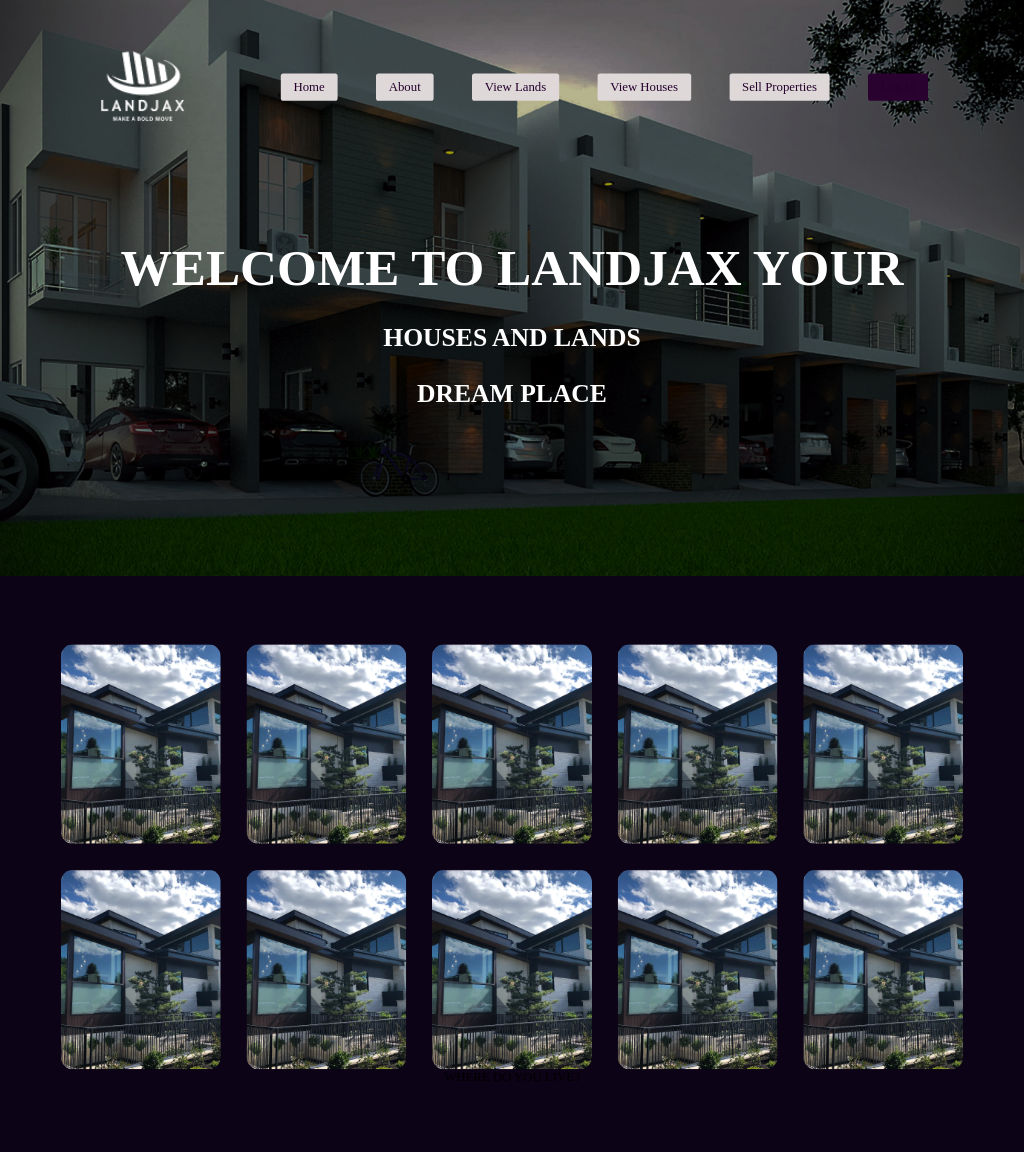
Repository: NorVirae/landjax-frontend
Page: /
These files come from the project's save history. The page is drawn as it stood at one moment and after a run of saves; the edit follows.
The browser window is 1280 px wide. The pictures show the whole page, at 80% of full size.
The project was rebuilt for these pictures with package versions that can differ from the ones it lists, and the page was loaded fresh each time. The framework's server and built-in components were replaced by stand-ins that run in the browser. Also part of the build but not shown: next.config.js.

Above is the page before, as saved 2022-07-02 16:07:45.

### pages/_app.tsx
import '../src/styles/Landing.css'
import '../src/styles/Global.css'


import type { AppProps } from 'next/app'

function MyApp({ Component, pageProps }: AppProps) {
  return <Component {...pageProps} />
}

export default MyApp

### pages/index.tsx
import type { NextPage } from 'next'
import Head from 'next/head'
import Image from 'next/image'
import Navbar from '../src/components/Navbar'
import HouseImg from '../src/assets/24.png'

const Home = () => {
  return (
    <div>
      <Head>
        <title>Land Jax</title>
        <meta name="description" content="Generated by create next app" />
        <link rel="icon" href="/favicon.ico" />
      </Head>


      <main>
        <section className='carousel__container'>
          <Navbar />

          <div className='carousel__welcome-screen'>
            <h2 className='carousel__welcome-text'>WELCOME TO LANDJAX YOUR</h2>
            <h3 className='carousel__house-lands'>HOUSES AND LANDS</h3>
            <h4 className='carousel__dream-place'>DREAM PLACE</h4>

          </div>

        </section>

        <section className='house__preview'>

          <div className='house__preview-inner'>
            <Image src={HouseImg} height={"250rem"} objectFit={"cover"} width="200rem" className='house__image-preview'/>
            <Image src={HouseImg} height={"250rem"} objectFit={"cover"} width="200rem" className='house__image-preview'/>
            <Image src={HouseImg} height={"250rem"} objectFit={"cover"} width="200rem" className='house__image-preview'/>
            <Image src={HouseImg} height={"250rem"} objectFit={"cover"} width="200rem" className='house__image-preview'/>
            <Image src={HouseImg} height={"250rem"} objectFit={"cover"} width="200rem" className='house__image-preview'/>
            <Image src={HouseImg} height={"250rem"} objectFit={"cover"} width="200rem" className='house__image-preview'/>
            <Image src={HouseImg} height={"250rem"} objectFit={"cover"} width="200rem" className='house__image-preview'/>
            <Image src={HouseImg} height={"250rem"} objectFit={"cover"} width="200rem" className='house__image-preview'/>
            <Image src={HouseImg} height={"250rem"} objectFit={"cover"} width="200rem" className='house__image-preview'/>
            <Image src={HouseImg} height={"250rem"} objectFit={"cover"} width="200rem" className='house__image-preview'/>

          </div>

          <section>
            <p> WHERE DO YOU LIVE?</p>
          </section>

        </section>


      </main>

      <footer>

      </footer>
    </div>
  )
}

export default Home

### src/styles/Landing.css
.carousel__container{
    background-repeat: no-repeat;
    background-image: url('../assets/1.png');
    background-size: cover;
    height: 100vh;
    width: 100vw;
}
.navbar{
    display: flex;
    justify-content: space-around;
    padding: 4rem;
    align-items: center;
}


.navbar .nav {
    display: flex;
    text-decoration: none;
    list-style: none;
    gap: 3rem;
}

.navbar .nav a{

}

.navbar__nav-link{
    /* padding: 3rem 2rem; */
    color: #25012C;
}

.navbar__nav-item{
    background-color: #DED8D9;
    color: #25012C;
    padding: .5rem 1rem;
    border-radius: .2rem;

}

.sign-in{
    background-color: #290230;
    color: #DFDDDF!important;

}

.carousel__welcome-screen{
    padding: 5rem 3rem;
    color: white;
    display: flex;
    justify-content: center;
    align-items: center;
    flex-direction: column;
    gap: 2rem;
}


.carousel__welcome-text{
    font-size: 4rem;
}
.carousel__house-lands{
    font-size: 2rem;
}
.carousel__dream-place{
    font-size: 2rem;
}


.house__preview{
    height: 100vh;
    width: 100vw;
    display: flex;
    justify-content: center;
    align-items: center;
    display: flex;
    flex-direction: column;
    background-color: #0D0316;
    position: relative;

}

.house__preview-inner{
    display: grid;
    gap: 2rem;
    grid-template-columns: repeat(5, 1fr);

}

.house__preview-overlay{
    background-color: #0000007e;
    height: 100vh;
    width: 100vw;
    position: absolute;
    left: 0%;
    top: 0%;
    z-index: 2;
}

.house__image-preview{
    border-radius: 1rem;
}

.house__intro {
    display: flex;
    justify-content: center;
    align-items: center;
    flex-direction: column;
    gap: 2rem;
    position: absolute;
    color: white;
    z-index: 3;
}

.house__live{
    font-size: 3rem;
}

.house__asset{
    font-size: 1.2rem;
}

.house__land-annouce{
    font-weight: 900;
    font-size: 1.3rem;
}

.house__form-group{
    background-color: white;
    border: 1rem;
    padding: 1.5rem;
    border-radius: 3rem;
    display: flex;
    flex-direction: column;
    gap: 1rem;
    width: 100%;
}

.house__form-label{
    color: black;
}

.house__form-control{
    border: none;
}

.house__form-control:focus{
    outline: none;
}

.house__btn-ecom-container{
    display: flex;
    gap: 2rem;
}

.house__btn-buy-prop{
    padding: 1rem 1.5rem;
    border-radius: 1rem;
    color: #470C76;

}

.house__btn-sell-prop{
    padding: 1rem 1.5rem;
    border-radius: 1rem;
    color: #E1E2E2;
    background-color: transparent;
    border: .1rem solid #E1E2E2;

}

.future__container{
    width: 100vw;
    background-color: #0C0215;
    padding: 2rem 3rem;

    display: flex;
    justify-content: center;
    align-items: center;
    flex-direction: column;
    gap: 2rem;
}

.future__header{
    color: white;
    display: flex;
    align-items: center;
    gap: 3rem;
    padding: 3rem 7rem;
}


.future__prop-text{
    font-size: 3rem;

}
.future__btn-prop{
    font-size: 1.2rem;
    padding: 1rem 3rem;
    background-color: #2B0549;
    color: white;
    border: none;
}
.future__houses-card-container{
    display: grid;
    grid-template-columns: repeat(3, 1fr);
    gap: 2rem;
    margin: auto 3rem;
    max-width: 60rem;
}

.future__house-card{
    display: flex;
    flex-direction: column;
    color: white;
    border-top-left-radius: 2rem;
    border-top-right-radius: 2rem;
    height: 100%;
    background-color: #ffff;
    position: relative;

}

.future__card-img{
    border-top-left-radius: 2rem;
    border-top-right-radius: 2rem;

}

.future__card-body{
    display: flex;
    flex-direction: column;
    color: #000;
    gap: 1rem;
    padding: 2rem;
}

.future__card-title{
    font-weight: 900;
    font-size: 1.5rem;
}

.future__card-price{
    font-size: 1.4rem;
    font-weight: 900;
}

.future__card-desc{
    font-size: 1rem;
}

.future__profile-container{
    display: flex;
    align-items: center;
    gap: 1rem;

}
.future__profile-img{
    border-radius: 100%;
}

.future__btn-sale{
    background-color: #5E4D7C;
    color: #EBE9EF;
    padding: .3rem 1rem;
    border-radius: .3rem;
    position: absolute;
    border: none;
    font-size: .9rem;
    right: 5%;
    top: 5%;
    z-index: 2;
}

.explore__market-container{
    display: flex;
    gap: 4rem;
    justify-content: space-around;
    background-image: url(../assets//16.png);
}

### src/styles/Global.css
* {
    padding: 0;
    margin: 0;
    box-sizing: border-box;
}

a {
    text-decoration: none;
}

### src/components/Navbar.tsx
import Link from "next/link";
import React from "react";
import Image from "next/image";
import Logo from "../assets/logo.png"

const Navbar:React.FC = ({}) => {

    return (
        <nav className="navbar">
            <Link href="#">
                <Image className="navbar_brand" src={Logo} width="120rem" objectFit="contain" height="90rem" />
            </Link>
            <ul className="nav">
                <li className="navbar__nav-item">
                    <Link href={"/"}>
                        <a className={"navbar__nav-link"}>
                            Home
                        </a>
                    </Link>
                </li>

                <li className="navbar__nav-item">
                    <Link href={"/"}>
                        <a className={"navbar__nav-link"}>
                            About
                        </a>
                    </Link>
                </li>

                <li className="navbar__nav-item">
                    <Link href={"/view/lands"}>
                        <a className={"navbar__nav-link"}>
                            View Lands
                        </a>
                    </Link>
                </li>

                <li className="navbar__nav-item">
                    <Link href={"/view/houses"}>
                        <a className={"navbar__nav-link"}>
                            View Houses
                        </a>
                    </Link>
                </li>

                <li className="navbar__nav-item">
                    <Link href={"/sell/properties"}>
                        <a className={"navbar__nav-link"}>
                            Sell Properties
                        </a>
                    </Link>
                </li>

                <li className="navbar__nav-item sign-in">
                    <Link href={"/login"}>
                        <a className={"navbar__nav-link"}>
                            Log In
                        </a>
                    </Link>
                </li>
            </ul>
        </nav>
    )

}

export default Navbar;

After the next 2 saves:
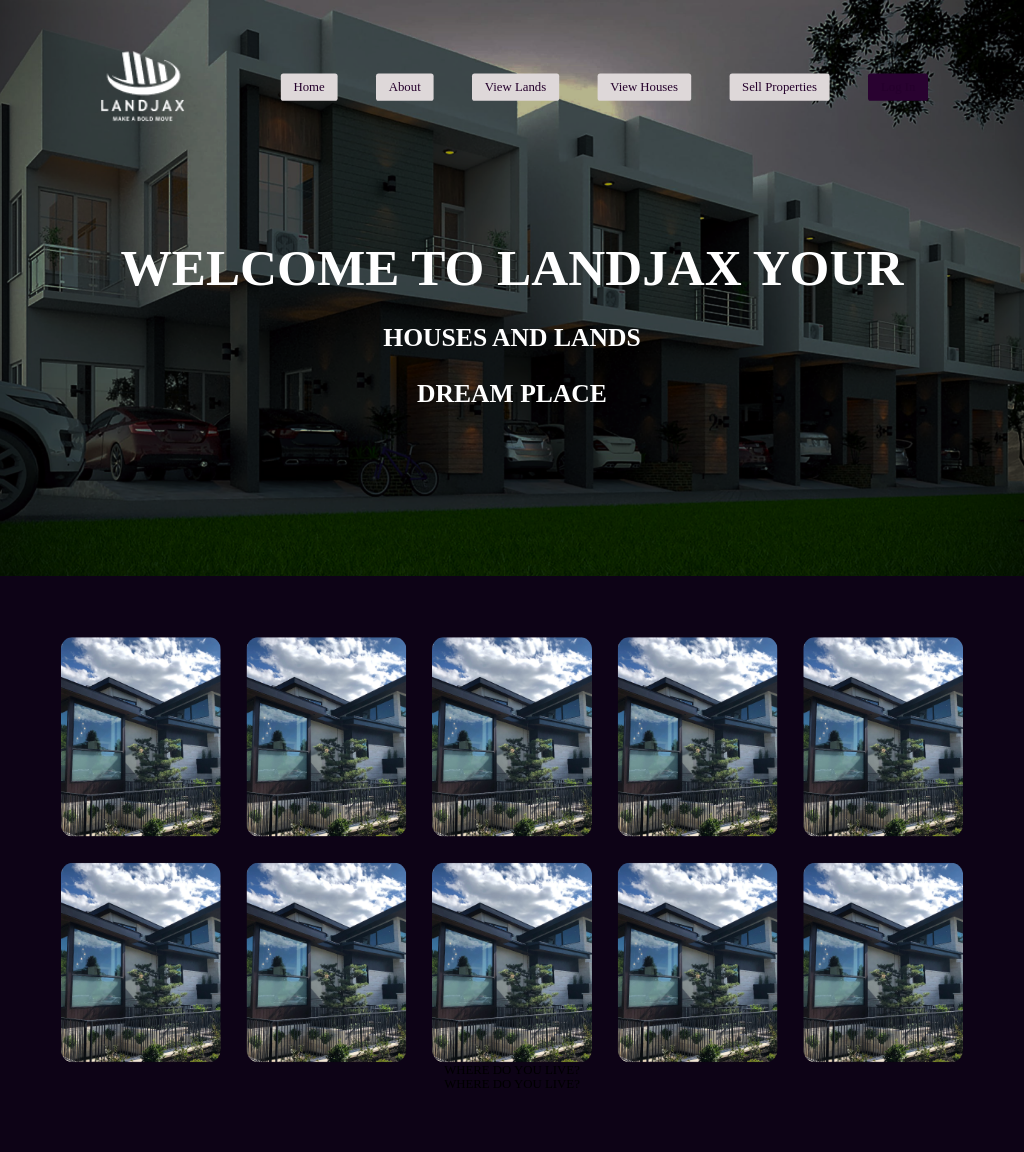
The 2 saves are shown as one change because they came seconds apart.
The last was saved 76 s later.
--- a/pages/index.tsx
+++ b/pages/index.tsx
@@ -45,6 +45,8 @@ const Home = () => {
 
           <section>
             <p> WHERE DO YOU LIVE?</p>
+            <p> WHERE DO YOU LIVE?</p>
+
           </section>
 
         </section>
